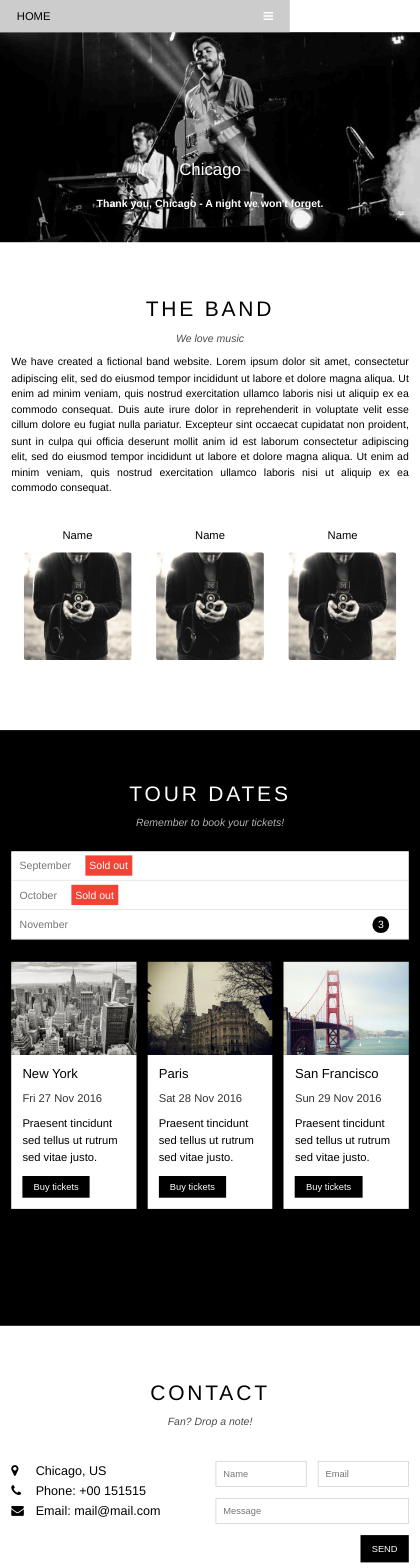
Repository: vuongtm1999/TheBand_W3School
Page: index.html
The author's editor kept a copy of each file at every save. The page is drawn from the files as they stood at one save, then again after the next save.
The browser window is 600 px wide. The pictures show the part of the page from y = 0 to 2240 px (the page is 2836 px tall), at 70% of full size.

Above is the page before, as saved 2022-08-30 14:49:53.

### index.html
<!DOCTYPE html>
<html lang="en">
<head>
    <meta charset="UTF-8">
    <meta http-equiv="X-UA-Compatible" content="IE=edge">
    <meta name="viewport" content="width=device-width, initial-scale=1.0">
    <title>The band</title>
    <link rel="stylesheet" href="./assets/css/style.css">
    <link rel="stylesheet" href="./assets/css/responsive.css">
    <link rel="stylesheet" href="https://cdnjs.cloudflare.com/ajax/libs/font-awesome/4.7.0/css/font-awesome.min.css">
    <link rel="icon" href="assets/img/place/paris.jpg" type="image/x-icon">
</head>
<body>
        <div id="header">
            <!-- begin: nav -->
            <ul id="nav">
                <li><a href="#">Home</a></li>
                <li><a href="#band">Bank</a></li>
                <li><a href="#tour">Tour</a></li>
                <li><a href="#contact">Contact</a></li>
                <li>
                    <a href="#">More <i style="font-size: 15px;" class="fa fa-caret-down"></i></a>
                    <ul class="subnav">
                        <li><a href="#">Merchandise</a></li>
                        <li><a href="#">Extras</a></li>
                        <li><a href="#">Media</a></li>
                    </ul>
                </li>
            </ul>
            <!-- end: nav -->

            <!-- begin: search button -->
            <div class="search-button">
                <i class="fa fa-search"></i>
            </div>
            <!-- end: search button -->

            <div class="mobile-menu-btn">
                <i class="fa fa-bars" aria-hidden="true"></i>
            </div>
        </div>



        <div id="content">

            <div id="slider">
                <div class="text-content">
                    <div class="container">
                        <h3 class=text-heading>
                            Chicago
                        </h3>
                        <div class="text-description">
                            Thank you, Chicago - A night we won't forget.
                        </div>
                    </div>
                </div>
            </div>

            <!-- about section -->
            <div id="band" class="content-section">
                <h2 class="section-heading">THE BAND</h2>
                <p class="section-sub-heading">We love music</p>
                <p class="section-about-text">We have created a fictional band website. Lorem ipsum dolor sit amet, consectetur adipiscing elit, sed do eiusmod tempor incididunt ut labore et dolore magna aliqua. Ut enim ad minim veniam, quis nostrud exercitation ullamco laboris nisi ut aliquip ex ea commodo consequat. Duis aute irure dolor in reprehenderit in voluptate velit esse cillum dolore eu fugiat nulla pariatur. Excepteur sint occaecat cupidatat non proident, sunt in culpa qui officia deserunt mollit anim id est laborum consectetur adipiscing elit, sed do eiusmod tempor incididunt ut labore et dolore magna aliqua. Ut enim ad minim veniam, quis nostrud exercitation ullamco laboris nisi ut aliquip ex ea commodo consequat.</p>

                <div class="member-list">

                    <div class="col col-third">
                        <p class="member-name">Name</p>
                        <img class="member-image" src="assets/img/bandmember.jpg" alt="member">
                    </div>

                    <div class="col col-third">
                        <p class="member-name">Name</p>
                        <img class="member-image" src="assets/img/bandmember.jpg" alt="member">
                    </div>

                    <div class="col col-third">
                        <p class="member-name">Name</p>
                        <img class="member-image" src="assets/img/bandmember.jpg" alt="member">
                    </div>

                    <div class="clearFloat"></div>
                </div>
            </div>

            <!-- TOUR DATES section -->
            <div id="tour" class="tour-section">
                <div class="content-section">
                    <h2 class="section-heading">TOUR DATES</h2>
                    <p class="section-sub-heading">Remember to book your tickets!</p>

                    <br>

                    <ul class="ticket-list">
                        <li>September <span class="soldout">Sold out</span></li>
                        <li>October <span class="soldout">Sold out</span></li>
                        <li>November <span class="quantity">3</span></li>
                    </ul>

                    <div class="row place-ticket">

                        <div class="col col-third">
                            <img src="assets/img/place/newyork.jpg" alt="img-ticket" class="place-img">
                            <div class="place-body">
                                <h3 class="place-city">New York</h3>
                                <p class="place-time">Fri 27 Nov 2016</p>
                                <p class="place-description">Praesent tincidunt sed tellus ut rutrum sed vitae justo.</p>
                                <button class="place-buy-tickets btn-common js-buy-ticket">Buy tickets</button>
                            </div>
                        </div>

                        <div class="col col-third">
                            <img src="assets/img/place/paris.jpg" alt="img-ticket" class="place-img">
                            <div class="place-body">
                                <h3 class="place-city">Paris</h3>
                                <p class="place-time">Sat 28 Nov 2016</p>
                                <p class="place-description">Praesent tincidunt sed tellus ut rutrum sed vitae justo.</p>
                                <button class="place-buy-tickets btn-common js-buy-ticket">Buy tickets</button>
                            </div>
                        </div>

                        <div class="col col-third">
                            <img src="assets/img/place/sanfran.jpg" alt="img-ticket" class="place-img">
                            <div class="place-body">
                                <h3 class="place-city">San Francisco</h3>
                                <p class="place-time">Sun 29 Nov 2016</p>
                                <p class="place-description">Praesent tincidunt sed tellus ut rutrum sed vitae justo.</p>
                                <button class="place-buy-tickets btn-common js-buy-ticket">Buy tickets</button>
                            </div>
                        </div>

                        <div class="clearFloat"></div>
                    </div>
                </div>
            </div>



            <!-- CONTACT section -->
            <div id="contact" class="content-section">
                <h2 class="section-heading">CONTACT</h2>
                <p class="section-sub-heading">Fan? Drop a note!</p>

                <div class="row contact-items">
                    <div class="col col-half contact-info">
                        <p><i class="fa fa-map-marker" aria-hidden="true"></i>   Chicago, US</p>
                        <p><i class="fa fa-phone" aria-hidden="true"></i> Phone: +00 151515</p>
                        <p><i class="fa fa-envelope" aria-hidden="true"></i>  Email: mail@mail.com</p>
                    </div>
                    <div class="col col-half contact-form">
                        <form action="">
                        <div class="row">
                            <div class="col col-half">
                                <input type="text" required placeholder="Name" class="p-10 btn-contact contact-input-name">
                            </div>
                            <div class="col col-half">
                                <input type="email" required placeholder="Email" class="p-10 btn-contact contact-input-email">
                            </div>
                        </div>
                        <div class="row">
                            <div class="col col-full">
                                <input type="text" required placeholder="Message" class="p-10 btn-contact contact-input-message">
                            </div>
                        </div>

                        <input type="submit" class="contact-btn-send btn-common" value="SEND"></input>
                    </div>
                    </form>
                </div>
            </div>
            <!-- End: contact section -->

            <!-- Map section -->
            <div class="map-section">
                <img src="assets/img/map.jpg" alt="map-img" class="place-img">
            </div>

        </div>

        <!-- Modal dialog -->
        <div class="modal js-modal">
            <div class="modal-container js-modal-container">
                <i class="fa fa-times close-icon js-close-icon" aria-hidden="true"></i>
                <header class="modal-header">
                    <i class="fa fa-suitcase mr-5"></i>
                     Tickets
                </header>
                <div class="modal-body">
                    <label for="quantity-sticket" class="modal-label">
                        <i class="fa fa-shopping-cart" aria-hidden="true"></i>
                        Tickets, $15 per person
                    </label>
                    <input type="text" id="quantity-sticket" class="quantity-sticketet" placeholder="How many?">

                    <label for="send-to-sticket" class="modal-label">
                        <i class="fa fa-user" aria-hidden="true"></i>
                        Send to
                    </label>
                    <input type="text" id="send-to-sticket" class="send-to-sticket" placeholder="Enter email" class=placeholder="Enter email">

                    <button id="btn-pay" class="btn-pay">PAY <i class="fa fa-check" aria-hidden="true"></i></button>
                </div>

                <div class="modal-footer">
                    <button class="btn-close js-close-btn">Close <i class="fa fa-times" aria-hidden="true"></i></button>

                    <div class="modal-text-help">Need <a href="#" id="btn-help">help?</a></div>
                </div>
            </div>
        </div>

        <div class="footer">
            <div class="icon-info">
                <i class="fa fa-facebook-official" aria-hidden="true"></i>
                <i class="fa fa-instagram" aria-hidden="true"></i>
                <i class="fa fa-snapchat" aria-hidden="true"></i>
                <i class="fa fa-pinterest-p" aria-hidden="true"></i>
                <i class="fa fa-twitter" aria-hidden="true"></i>
                <i class="fa fa-linkedin" aria-hidden="true"></i>
            </div>
            <div class="powered">
                <p>Powered by <a href=""></a>w3.css</p>
            </div>
        </div>
    </div>
    <script>
        const buyBtns = document.querySelectorAll('.js-buy-ticket');
        const modal = document.querySelector('.js-modal');
        const closeBtn = document.querySelector('.js-close-btn');
        const closeIcon = document.querySelector('.js-close-icon');
        const modalContainer = document.querySelector('.js-modal-container');

        function showTicketDialog(){
            modal.classList.add('modal-open')
        }

        function hideTicketDialog(){
            modal.classList.remove('modal-open')
        }

        for(const buyBtn of buyBtns){
            buyBtn.addEventListener('click', showTicketDialog);
        }

        closeBtn.addEventListener('click', hideTicketDialog);
        closeIcon.addEventListener('click', hideTicketDialog);

        //Dong khi click ra ngoai modal
        modal.addEventListener('click', hideTicketDialog);
        modalContainer.addEventListener('click', function(even) {
            even.stopPropagation()
        });

        // buyBtns.forEach(function (buyBtn) {
        //     buyBtn.addEventListener('click', showTicketDialog())
        // })

        // Dong mo menu (mobile)
        var menu = document.getElementById("header")
        var menuBtn = document.querySelector(".mobile-menu-btn")
        var menuHeight = menu.clientHeight


        console.log([menu])

        menuBtn.onclick = function(e){
            if(this.clientHeight === menuHeight){
                menu.style.height = 'auto'
                menuHeight = menu.clientHeight
            }else{
                menu.style.height = null
                menuHeight = menu.clientHeight
            }
        }

        //Tu dong dong khi chon menu
        var menuItems =  document.querySelectorAll("#header > ul a[href*='#']")
        for(let i =0;i<menuItems.length;i++){
            menuItem = menuItems[i]

            menuItem.onclick = function(){
                menu.style.height = null
            }
        }
    </script>
</body>
</html>

### assets/css/style.css
/* reset CSS */
* {
    margin: 0;
    padding: 0;
    box-sizing: border-box;
}

html {
    scroll-behavior: smooth;
    font-family: Helvetica, Arial, sans-serif;
}

#nav, .subnav, li{
    list-style-type: none;
}

#nav{
    display: inline-block;
}

/* Common */
.clearFloat{
    /* Khac phuc khi dung float :left */
    clear: both;
}

.btn-common{
    color: white;
    background-color: #000;
    border: none;
}

.btn-common:hover{
    background-color: #ccc;
    color: #000;
}

.row{
    margin-left: -8px;
    margin-right: -8px;
}

.col{
    float: left;
    padding-left: 8px;
    padding-right: 8px;
}

.col::after{
    content: "";
    display: block;
    clear: both;
}

.col-full{
    width: 100%;
}

.col-half{
    width: 50%;
}

.col-third{
    width: 33.3333%;
}

.text-center{
    text-align: center;
}

.p-8{
    padding: 8px;
}

.mb-8{
    margin-bottom: 8px;
}

.p-10{
    padding: 10px;
}

.mr-8{
    margin-right: 8px;
}

/*
Nguyen tac lam viec
1. Vi tri
2. Kich thuoc
3. Mau sac
4. Kieu dang (kieu chu, hinh tron hay hinh vuong,...)
*/

/*
Tu ngoai vao trong
Tu tren xuong duoi
TU tong quan den chi tiet
 */

#main {}

#header {
    position: fixed;
    z-index: 1;
    height: 46px;
    background-color: #000;
    color: #fff;
    top: 0;
    left: 0;
    right: 0;
    overflow: hidden;
}

#nav li {
    text-decoration: none;
    line-height: 46px;
}

/* The a */
a{
    text-decoration: none;
}

#nav > li > a {
    /* display: inline-block; */
    padding: 0px 24px;
    color: #ffffff;
    text-transform: uppercase;
}

#nav > li {
    display: inline-block;
}

#nav li:last-child {
    position: relative;
}

#nav .subnav {
    background-color: #fff;
    position: absolute;
    display: none;
    top: 100%;
    left: 0;
    box-shadow:  0px 0px 10px rgba(0, 0, 0, 0.3);
    min-width: 160px;
}

#nav .subnav a{
    color: #000;
    padding: 0px 12px;
    line-height: 30px;
    display: inline-block;
    width: 100%;
}

#nav .subnav li:hover,
#nav > li:hover > a {
    color: #000;
    background-color: #ccc;
    display: block;
}

#nav > li:last-child:hover .subnav{
    display: block;
}

/* search btn */
#header .search-button{
    float: right;
    line-height: 46px;
    padding: 0 24px;
    user-select: none;
}

#header .mobile-menu-btn{
    float: right;
    line-height: 46px;
    padding: 0 24px;
    user-select: none;
    position: absolute;
    right: 0;
    top: 0;
}


#header .search-button:hover{
    background-color: #f44336;
}

#header .mobile-menu-btn:hover{
    background-color: #ccc;
    color: #000;
}

#slider {
    /* background-color: rgb(27, 22, 22); */
    margin-top: 46px;
/* padding-top bang 50% chieu rong cua thanh phan do */
    padding-top: 50%;
    position: relative;
    background: url("/assets/img/chicago.jpg") top center / cover no-repeat;
}

#slider .text-content{
    position: absolute;
    color: white;
    bottom: 48px;

    /* cach 1 */
    /* left: 50%;
    transform: translateX(-50%); */
    /* cach 2 */
    /* left: 0;
    right: 0; */
    /* cach 3 */
    width: 100%;
    text-align: center;
}

.text-heading{
    font-size: 24px;
    font-weight: 400;
}

.text-description{
    margin-top: 25px;
    font-weight: bolder;
    font-size: 15px;
}

#content{
    /* max-width: 100%; */
}

#content .content-section{
    width: 800px;
    max-width: 100%;
    padding: 64px;
    padding-left: 16px;
    padding-right: 16px;
    margin-left: auto;
    margin-right: auto;
}

.content-section .section-heading,
.content-section .section-about-text{
    margin: 15px 0px;
}

.content-section .section-heading,
.content-section .section-sub-heading{
    text-align: center;
}

.content-section .section-sub-heading{
    font-size: 15px;
    opacity: 0.7;
    font-style: italic;
}

.content-section .section-heading{
    font-size: 30px;
    font-weight: 500;
    letter-spacing: 4px;
}

.content-section .section-about-text{
    /* line-height khong co px */
    line-height: 1.5;
    font-size: 15px;
    text-align: justify;
}

.content-section .member-list{
    margin: 32px 0;
    text-align: center;
    /* Khac phuc khi dung float :left */
    /* overflow: hidden; */
}

.content-section .member-name{
    margin: 15px 0;
}

.content-section .member-image{
    width: 154px;
    border-radius: 4px;
}

/* Tour section */
.tour-section{
    background-color: #000;
    min-height: 851px;
}

/*  begin: tour section */
.tour-section .section-heading,
.tour-section .section-sub-heading{
    color: white !important;
}

.tour-section .section-heading{
    margin: 10px 0;
}

.tour-section .section-sub-heading{
    margin: 15px 0;
}

.ticket-list{
    background-color: white;
}

.ticket-list > li{
    font-size: 15px;
    padding: 12px;
    border-bottom: 1px solid #ddd;
    color: #757575;
}

.soldout{
    background-color: #f44336;
    padding: 6px;
    margin-left: 16px;
    color: #fff;
}

.quantity{
    float: right;
    margin-right: 16px;
    background-color: #000;
    width: 24px;
    height: 24px;
    border-radius: 50%;
    color: white;
    text-align: center;
    line-height: 24px;
    margin-top: -3px;
}

/* place-ticket */
.place-ticket{
    /* margin-top: 32px; */
    padding-top: 32px;
}

.place-item{
    float: left;
    width: 33.3333%;
    padding: 0 8px;
}

.place-img{
    width: 100%;
    display: block;
}

.place-img:hover{
    opacity: 0.7;
}

.place-body{
    background-color: white;
    color: rgb(1, 1, 1);
    padding: 16px;
}

.place-city{
    font-weight: 550;
}

.place-time{
    opacity: 0.8;
    margin: 15px 0;
}

.place-description{
    margin: 15px 0;
    line-height: 1.5;
}

.place-buy-tickets{
    padding: 8px 16px;
    display: inline-block;
}

/* modal dialog */
.modal{
    position: fixed;
    background-color: rgba(0, 0, 0, 0.3);
    top: 0;
    left: 0;
    right: 0;
    bottom: 0;

    /* display: flex; */
    align-items: center;
    justify-content: center;

    display: none;
}

.modal-open{
    display: flex !important;
}

.modal-container{
    background-color: #fff;
    width: 900px;
    min-height: 473px;
    position: relative;

    /* reponsive */
    max-width: calc(100% - 32px);
}

.modal-header {
    height: 129px;
    background-color: #009688;
    display: flex;
    align-items: center;
    justify-content: center;
    letter-spacing: 4px;
    font-weight: 400;
    font-size: 30px;
    color: #fff;
}

.mr-5{
    margin-right: 16px;
}
.close-icon{
    position: absolute;
    top: 0;
    right: 0;
    padding: 12px;
    color: #fff;
}

.close-icon:hover{
    background-color: #ccc;
    color: #000
}

.modal-body {
    padding: 0 16px;
}

.modal-label{
    display: block;
    margin: 18px 0 8px 0;
}

.quantity-sticketet,
.send-to-sticket{
    border: 1px solid #ccc;
    padding: 8px;
    font-size: 15px;
    width: 100%;
}

.btn-pay{
    margin: 16px 0;
    width: 100%;
    background-color: #009688;
    padding: 18px;
    color: #fff;
    border: none;
    font-size: 15px;
    text-transform: uppercase;
}

.btn-pay:hover{
    background-color: #ccc;
    color: #000;
    cursor: pointer;
}

.modal-footer{
    padding: 0 18px;
    margin: 16px 0;
}

.modal-text-help{
    float: right;
}

.btn-close{
    padding: 12px 16px;
    font-size: 15px;
    color: #fff;
    background-color: #f44336;
    border: none;
}

.btn-close:hover{
    cursor: pointer;
    background-color: #ccc;
    color: #000;
}

#btn-help{
    text-decoration: underline !important;
    color: #2196F3;
}

.contact-items{
    margin-top: 48px;
}

.contact-info i[class*="fa"]{
    width: 30px;
}

.contact-info {
    line-height: 1.6;
    font-size: 18px;
}

.contact-form{
    font-size: 15px;
}

.row::after{
    content: "";
    display: block;
    clear: both;
}

.contact-input-message{
    margin: 16px 0;
}

.btn-contact{
    border: 1px solid #ccc;

    width: 100%;
}

.contact-btn-send{
    padding: 12px 16px;
    float: right;
}

.footer{
    padding: 64px 0;
    text-align: center;
    color: #000;
    opacity: 0.6;
    font-size: 24px;
}

.powered{
    margin: 15px 0;
    font-size: 15px;
}

.footer .icon-info i:hover{
    opacity: 0.3;
}




#container {
    /* height: 500px;
    background-color: #ccc; */
}

### assets/css/responsive.css

/* PC */
@media (min-width:1024px) {
    #header .mobile-menu-btn{
        display: none !important;
    }
}

/* Tablet */
@media (min-width:740px) and (max-width:1024px) {
    #header .mobile-menu-btn{
        display: none !important;
    }
}

/* Mobile */
@media (max-width:740px) {
    #nav{
        display: block !important;
    }

    #header{
        width: 414px;
    }

    #nav > li{
        display: block !important;
    }

    #header .search-button{
        display: none !important;
    }
}

After the next save:
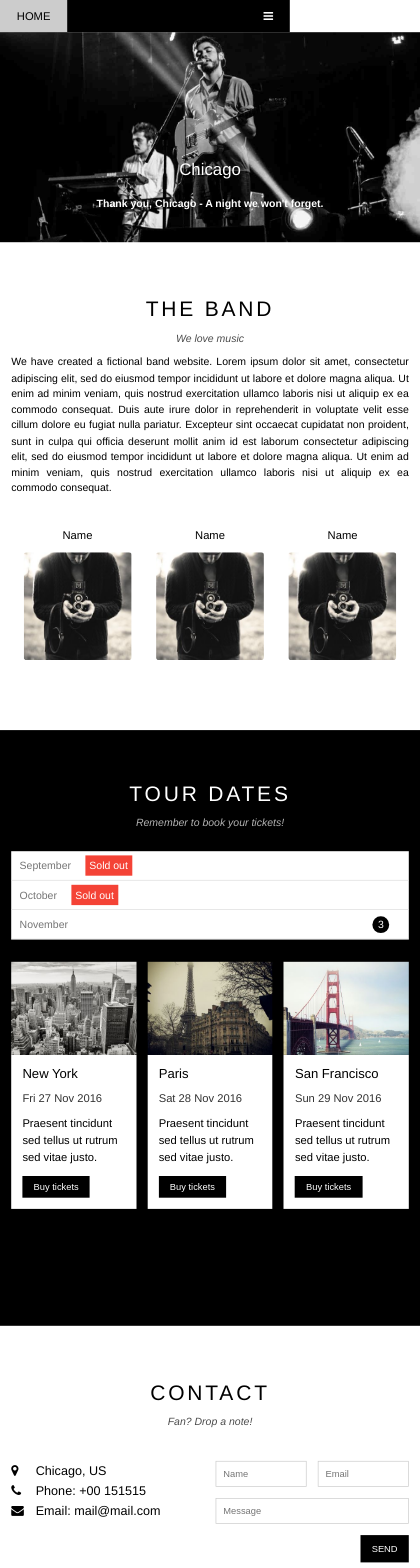
Saved 3 min 7 s later.
--- a/assets/css/responsive.css
+++ b/assets/css/responsive.css
@@ -27,6 +27,10 @@
         display: block !important;
     }
 
+    #nav > li:first-child{
+        display: inline-block !important;
+    }
+
     #header .search-button{
         display: none !important;
     }
